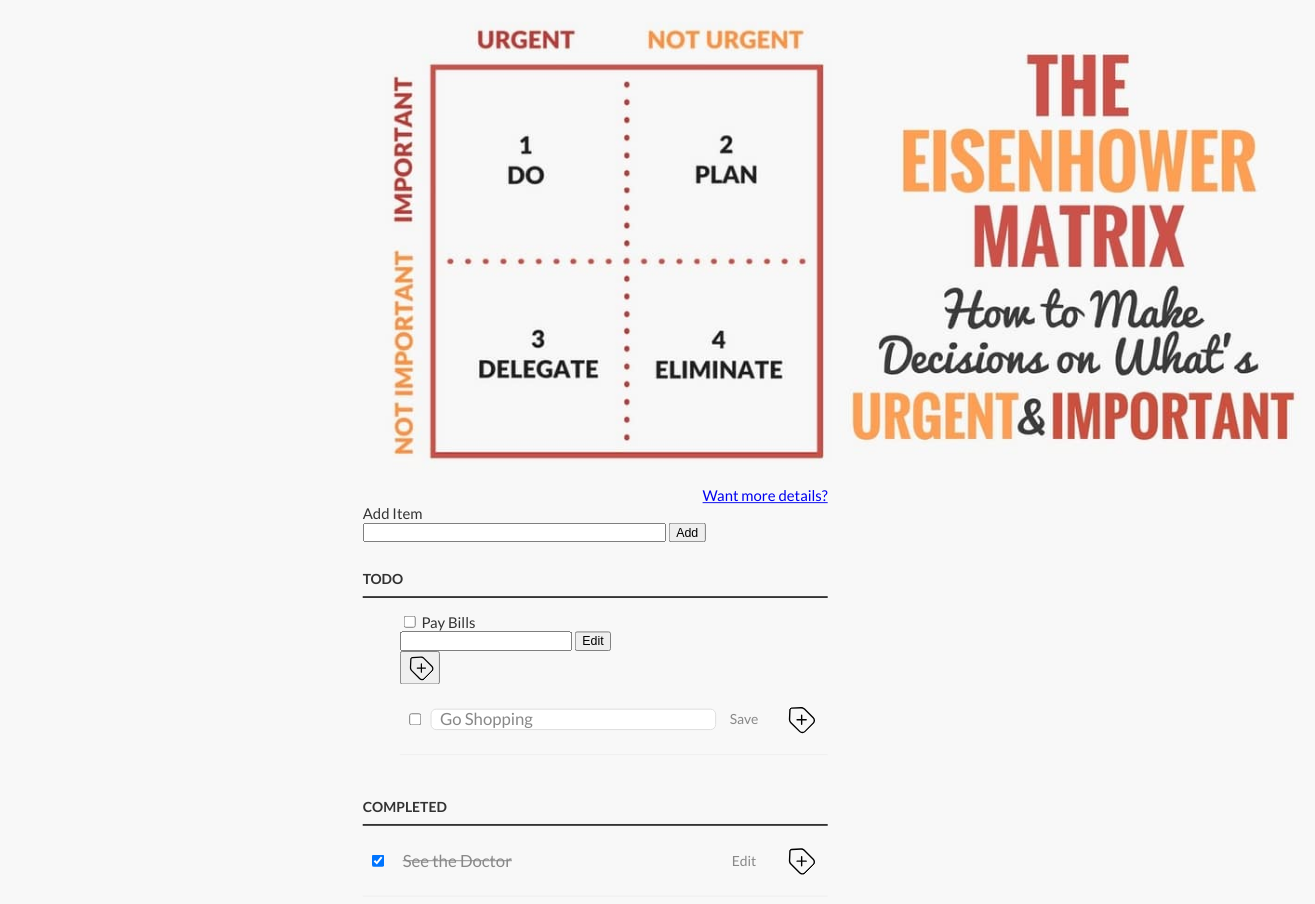
Repository: dev1siWoo/clean-code-s1e1
Page: index.html
The author's editor kept a copy of each file at every save. The page is drawn from the files as they stood at one save, then again after the next save.
The browser window is 1280 px wide. The page is 1414 px wide, so the pictures cover 1414 px, including what lies to the right of the window. The pictures show the whole page, at 93% of full size.

Above is the page before, as saved 2024-01-08 23:16:01.
Console error: TypeError: Cannot set properties of null (setting 'onclick')

### index.html
<!DOCTYPE html>
<html>
    <head>
        <title>Todo App</title>
        <link
            href="https://fonts.googleapis.com/css?family=Lato:300,400,700"
            rel="stylesheet"
        >
        <link
            rel="stylesheet"
            href="style.css"
            media="screen"
            charset="utf-8"
        >
    </head>
    <body class="page">
        <header class="header">
            <img class="header_logo" src="./eisenhower-matrix.jpg" alt="eisenhower-matrix">
            <a class="header_info" href="https://goal-life.com/page/method/matrix-eisenhower">Want more details?</a>
        </header>
        <main class="main">
            <section id="adding-section">
                <label class="add-section_subtitle" for="new-task">Add Item</label>
                <div class="add-section_task-wrapper">
                    <input id="new-task" class="task_input task_input_add" type="text">
                    <button class="task_button task_button_add">Add</button>
                </div>
            </section>
            <h2 class="subtitle">Todo</h2>
            <ul id="incomplete-tasks" class="task-list">
                <li class="task">
                    <input class="task_mark" type="checkbox">
                    <label class="task_title">Pay Bills</label>
                    <input type="text" class="task_input task_input_edit">
                    <button class="task_button task_button_edit">Edit</button>
                    <button class="task_button task_button_delete">
                        <img class="delete-img" src="./remove.svg" alt="delete button">
                    </button>
                </li>
                <li class="list-item edit-mode">
                    <input class="input" type="checkbox">
                    <label class="label task">Go Shopping</label>
                    <input type="text" value="Go Shopping" class="input task">
                    <button class="button edit">Save</button>
                    <button class="button delete">
                        <img class="delete-img" src="./remove.svg" alt="delete button">
                    </button>
                </li>
            </ul>
            <h2 class="subtitle">Completed</h2>
            <ul id="completed-tasks" class="list">
                <li class="list-item">
                    <input class="input" type="checkbox" checked>
                    <label class="label task">See the Doctor</label>
                    <input type="text" class="input task">
                    <button class="button edit">Edit</button>
                    <button class="button delete">
                        <img class="delete-img" src="./remove.svg" alt="delete button">
                    </button>
                </li>
            </ul>
        </main>
        <script src="app.js"></script>
    </body>
</html>

### style.css
/* Basic Style */
.page {
  background-color: #f8f8f8;
  color: #333;
  font-family: Lato, sans-serif;
}

.header {
  width: 500px;
  margin: 0 auto;
  display: block;
  text-align: right;
}

.header-img {
  width: 100%;
}

.header .link {
  font-family: fantasy, cursive;
}

@media (max-width: 768px) {
  .header {
    text-align: center;
  }
}

.main {
  display: block;
  width: 500px;
  margin: 0 auto 0;
}

.task {
  width: 56%;
  display: inline-block;
  flex-grow: 1;
}

.adding-wrapper {
  display: flex;
}

.list {
  margin: 0;
  padding: 0px;
}

.list-item,
.subtitle {
  list-style: none;
}

.input,
.button{
  outline: none;
}

.button {
  background: none;
  border: 0px;
  color: #888;
  font-size: 15px;
  width: 60px;
  font-family: Lato, sans-serif;
  cursor: pointer;
}

.button:hover {
  color: #3a3a3a;
}

/* Heading */
.subtitle,
.label[for="new-task"] {
  color: #333;
  font-weight: 700;
  font-size: 15px;
  border-bottom: 2px solid #333;
  padding: 30px 0 10px;
  margin: 0;
  text-transform: uppercase;
}

.input[type="text"] {
  margin: 0;
  font-size: 18px;
  line-height: 18px;
  height: 21px;
  padding: 0 9px;
  border: 1px solid #ddd;
  background: #fff;
  border-radius: 6px;
  font-family: Lato, sans-serif;
  color: #888;
}

.input[type="text"]:focus {
  color: #333;
}

/* New Task */
.label[for="new-task"] {
  display: block;
  margin: 0 0 20px;
}

#new-task {
  width: 318px;
}

/* Task list */
.list-item {
  overflow: hidden;
  padding: 20px 0;
  border-bottom: 1px solid #eee;
  display: flex;
  justify-content: space-between;
  align-items: center;
}

.list-item > * {
  vertical-align: middle;
}

.list-item > .input[type="checkbox"] {
  margin: 0 10px;
}

.list-item > .label {
  padding-left: 10px;
  box-sizing: border-box;
  font-size: 18px;
  width: 226px;
}

.list-item >    .input[type="text"] {
  width: 226px;
}

.delete-img {
  height: 2em;
  transform: rotateZ(45deg);
  transition: transform 200ms ease-in;
}

.delete-img:hover {
  transform: rotateZ(0);
}

/* Completed */
#completed-tasks .label {
  text-decoration: line-through;
  color: #888;
}

/* Edit Task */
.list-item .input[type="text"] {
  display: none;
}

.list-item.edit-mode .input[type="text"] {
  display: inline-block;
  width: 224px;
}

.list-item.edit-mode .label {
  display: none;
}

### app.js
//Document is the DOM can be accessed in the console with document.window.
// Tree is from the top, html, body, p etc.

//Problem: User interaction does not provide the correct results.
//Solution: Add interactivity so the user can manage daily tasks.
//Break things down into smaller steps and take each step at a time.


// Event handling, user interaction is what starts the code execution.

var taskInput=document.getElementById("new-task");//Add a new task.
var addButton=document.querySelector(".task_button_add");//add button
var incompleteTaskHolder=document.getElementById("incomplete-tasks");//ul of #incomplete-tasks
var completedTasksHolder=document.getElementById("completed-tasks");//completed-tasks


//New task list item
var createNewTaskElement=function(taskString){

    var listItem=document.createElement("li");

    //input (checkbox)
    var checkBox=document.createElement("input");//checkbx
    //label
    var label=document.createElement("label");//label
    //input (text)
    var editInput=document.createElement("input");//text
    //button.edit
    var editButton=document.createElement("button");//edit button

    //button.delete
    var deleteButton=document.createElement("button");//delete button
    var deleteButtonImg=document.createElement("img");//delete button image

    listItem.className="task"

    label.innerText=taskString;
    label.className="task_title";

    //Each elements, needs appending
    checkBox.type="checkbox";
    checkBox.className="task_mark";
    editInput.type="text";
    editInput.className="task_input task_input_edit";

    editButton.innerText="Edit"; //innerText encodes special characters, HTML does not.
    editButton.className="task_button task_button_edit";

    deleteButton.className="task_button task_button_delete";
    deleteButtonImg.src='./remove.svg';
    deleteButtonImg.className="button_img";
    deleteButtonImg.setAttribute('alt', 'delete button');
    deleteButton.appendChild(deleteButtonImg);


    //and appending.
    listItem.appendChild(checkBox);
    listItem.appendChild(label);
    listItem.appendChild(editInput);
    listItem.appendChild(editButton);
    listItem.appendChild(deleteButton);
    return listItem;
}



var addTask=function(){
    console.log("Add Task...");
    //Create a new list item with the text from the #new-task:
    if (!taskInput.value) return;
    var listItem=createNewTaskElement(taskInput.value);

    //Append listItem to incompleteTaskHolder
    incompleteTaskHolder.appendChild(listItem);
    bindTaskEvents(listItem, taskCompleted);

    taskInput.value="";

}

//Edit an existing task.

var editTask=function(){
    console.log("Edit Task...");
    console.log("Change 'edit' to 'save'");


    var listItem=this.parentNode;

    var editInput=listItem.querySelector('.task_input_edit');
    var label=listItem.querySelector(".task_title");
    var editBtn=listItem.querySelector(".task_button_edit");
    var containsClass=listItem.classList.contains("task_edit");
    //If class of the parent is .task_edit
    if(containsClass){

        //switch to .task_edit
        //label becomes the inputs value.
        label.innerText=editInput.value;
        editBtn.innerText="Edit";
    }else{
        editInput.value=label.innerText;
        editBtn.innerText="Save";
    }

    //toggle .task_edit on the parent.
    listItem.classList.toggle("task_edit");
};


//Delete task.
var deleteTask=function(){
    console.log("Delete Task...");

    var listItem=this.parentNode;
    var ul=listItem.parentNode;
    //Remove the parent list item from the ul.
    ul.removeChild(listItem);

}


//Mark task completed
var taskCompleted=function(){
    console.log("Complete Task...");

    //Append the task list item to the #completed-tasks
    var listItem=this.parentNode;
    completedTasksHolder.appendChild(listItem);
    bindTaskEvents(listItem, taskIncomplete);

}


var taskIncomplete=function(){
    console.log("Incomplete Task...");
//Mark task as incomplete.
    //When the checkbox is unchecked
    //Append the task list item to the #incomplete-tasks.
    var listItem=this.parentNode;
    incompleteTaskHolder.appendChild(listItem);
    bindTaskEvents(listItem,taskCompleted);
}



var ajaxRequest=function(){
    console.log("AJAX Request");
}

//The glue to hold it all together.


//Set the click handler to the addTask function.
addButton.onclick=addTask;
addButton.addEventListener("click",addTask);
addButton.addEventListener("click",ajaxRequest);


var bindTaskEvents=function(taskListItem,checkBoxEventHandler){
    console.log("bind list item events");
//select ListItems children
    var checkBox=taskListItem.querySelector(".task_mark");
    var editButton=taskListItem.querySelector(".task_button_edit");
    var deleteButton=taskListItem.querySelector(".task_button_delete");


    //Bind editTask to edit button.
    editButton.onclick=editTask;
    //Bind deleteTask to delete button.
    deleteButton.onclick=deleteTask;
    //Bind taskCompleted to checkBoxEventHandler.
    checkBox.onchange=checkBoxEventHandler;
}

//cycle over incompleteTaskHolder ul list items
//for each list item
for (var i=0; i<incompleteTaskHolder.children.length;i++){

    //bind events to list items chldren(tasksCompleted)
    bindTaskEvents(incompleteTaskHolder.children[i],taskCompleted);
}




//cycle over completedTasksHolder ul list items
for (var i=0; i<completedTasksHolder.children.length;i++){
    //bind events to list items chldren(tasksIncompleted)
    bindTaskEvents(completedTasksHolder.children[i],taskIncomplete);
}




// Issues with usability don't get seen until they are in front of a human tester.

//prevent creation of empty tasks.

//Change edit to save when you are in edit mode.

After the next save:
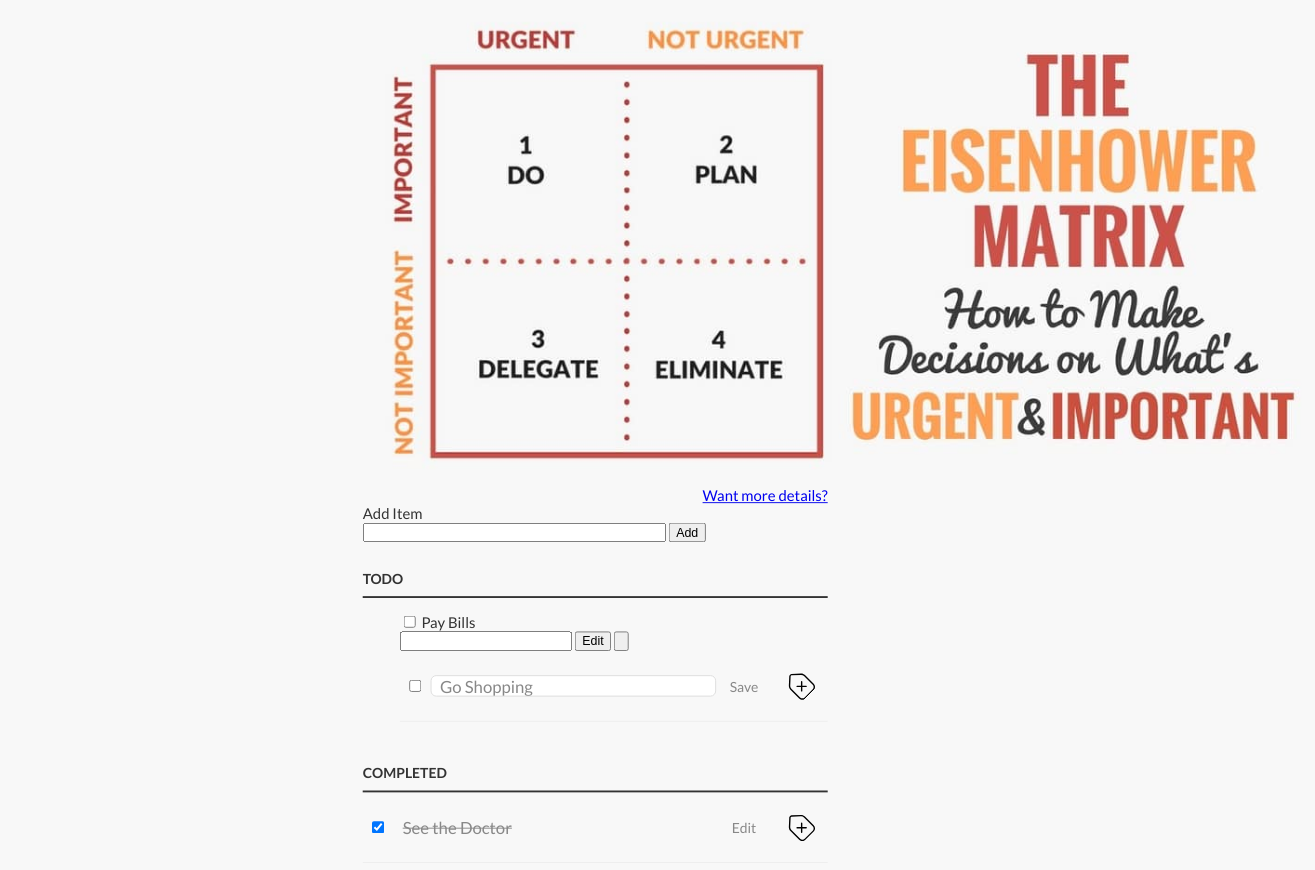
Saved 5 s later.
--- a/index.html
+++ b/index.html
@@ -34,7 +34,7 @@
                     <input type="text" class="task_input task_input_edit">
                     <button class="task_button task_button_edit">Edit</button>
                     <button class="task_button task_button_delete">
-                        <img class="delete-img" src="./remove.svg" alt="delete button">
+                        <img class="button_img" src="./remove.svg" alt="delete button">
                     </button>
                 </li>
                 <li class="list-item edit-mode">
